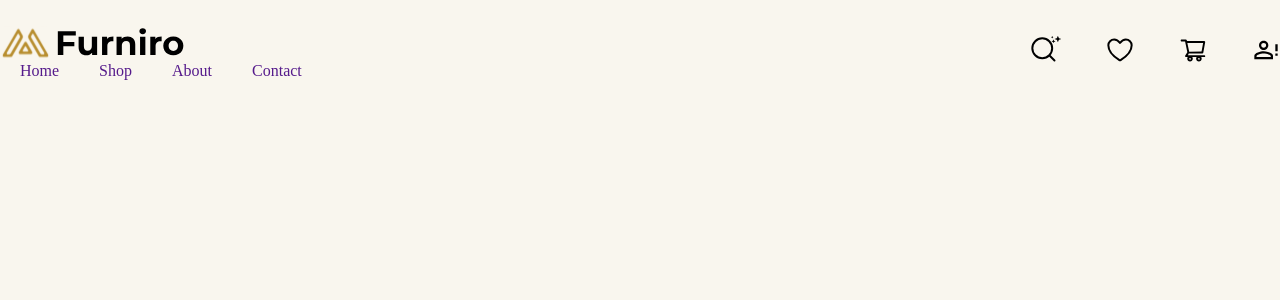
Repository: binhphanbp/furniro-interior_website
Page: index.html
These files come from the project's save history. The page is drawn as it stood at one moment and after the next save; the edit follows.
The browser window is 1280 px wide. The pictures show the whole page.

Above is the page before, as saved 2025-02-19 21:42:38.

After the next save:
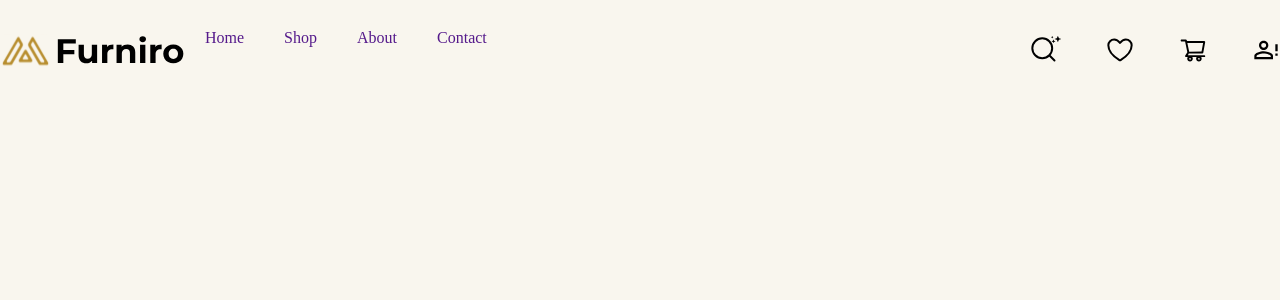
Saved 23 s later.
--- a/src/assets/styles/components/header.css
+++ b/src/assets/styles/components/header.css
@@ -7,6 +7,10 @@
   align-items: center;
   justify-content: space-between;
   height: 100%;
+}
+
+.header .header__menu {
+  display: flex;
 }
 
 /* Header Menu */
